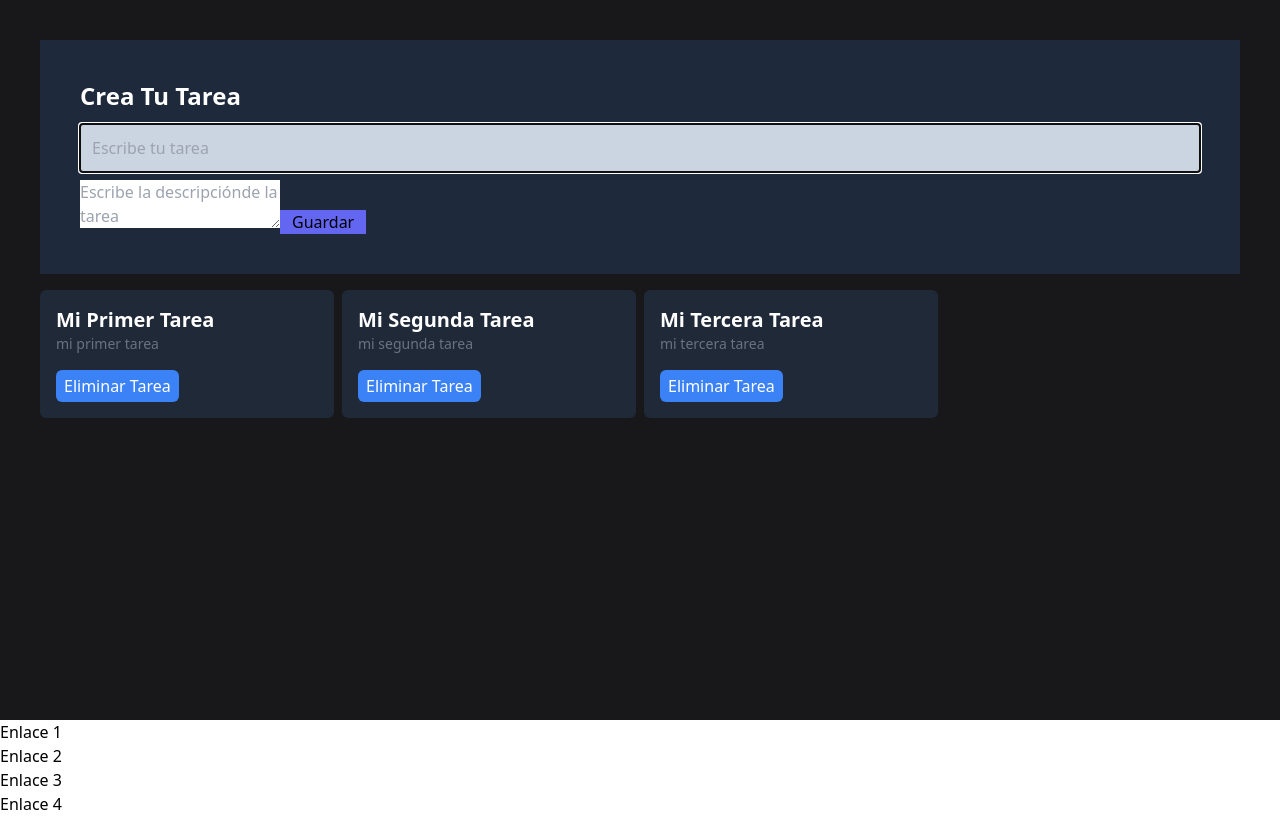
Repository: Ciromontes/AgendaTuTarea
Page: /
An editor plug-in stored every save of this project. The page is shown before and after the next save, followed by the edit.
The browser window is 1280 px wide. The pictures show the whole page.
The project was rebuilt for these pictures with package versions that can differ from the ones it lists, and the page was loaded fresh each time. Also part of the build but not shown: vite.config.js.

Above is the page before, as saved 2023-09-19 08:27:49.

### index.html
<!doctype html>
<html lang="en">
  <head>
    <meta charset="UTF-8" />
    <link rel="icon" type="image/svg+xml" href="/vite.svg" />
    <meta name="viewport" content="width=device-width, initial-scale=1.0" />
    <title>Vite + React</title>
  </head>
  <body>
    <div id="root"></div>

    <ul>
      <li><a href="">Enlace 1</a></li>
      <li><a href="">Enlace 2</a></li>
      <li><a href="">Enlace 3</a></li>
      <li><a href="">Enlace 4</a></li>
    </ul>
    <script type="module" src="/src/main.jsx"></script>
  </body>
</html>

### src/main.jsx
import React from 'react';
import ReactDOM from 'react-dom/client';
import App from './App';
import './index.css'
import { TaskContextProvider } from './context/TaskContext';

ReactDOM.createRoot(document.getElementById('root')).render(
  <React.StrictMode>
    <TaskContextProvider>
    <App />
    </TaskContextProvider>
  </React.StrictMode>
);

### src/App.jsx

import TaskList from './components/TaskList'
import TaskForm from './components/TaskForm'
function App() {
  return (

    <main className=' bg-zinc-900 h-screen'>
      <div className='container mx-auto p-10'>
      <TaskForm/>
      <TaskList />
      </div>
    </main>

  )
}

export default App;

### src/context/TaskContext.jsx
import { createContext, useState, useEffect } from 'react'
import { tasks as data } from '../data/tasks'

export const TaskContext = createContext()
export function TaskContextProvider(props) {
    const [tasks, setTasks] = useState([]);

    function createTask(task) {
        setTasks([...tasks, {
            title: task.title,
            id: tasks.length,
            description: task.description
        }])
    }
    function deleteTask(taskId) {
        setTasks(tasks.filter(task => task.id !== taskId));
    }
    useEffect(() => {
        setTasks(data)
    }, []);

    return (
        <TaskContext.Provider value={{
            tasks,
            deleteTask,
            createTask
        }}>
            {props.children}
        </TaskContext.Provider>

    );
}

### src/components/TaskList.jsx
import TaskCard from "./TaskCard";
import { useContext } from "react";
import { TaskContext } from '../context/TaskContext';
function TaskList() {
  const { tasks } = useContext(TaskContext);


  if (tasks.length === 0) {
    return (<h1 className="text-white text text-4xl font-bold text-center">Noy hay tareas aún</h1>

    )
  }


  return (
    <div className="grid grid-cols-4 gap-2">
      {tasks.map((task) => (
        <TaskCard key={task.id} task={task} />
      ))}

    </div>
  );
}

export default TaskList

### src/components/TaskForm.jsx
import { useState, useContext } from "react";
import {TaskContext} from '../context/TaskContext'

function TaskForm() {

    const [title, setTitle] = useState("");
    const [description, setDescription] = useState("");
    const {createTask} = useContext(TaskContext)

    const handleSubmit = (e) => {
        e.preventDefault();
        createTask({
            title,
            description,
        });
        setTitle('')
        setDescription('')

    }

    return (
        <div className="max-w-md-auto">
            <form onSubmit={handleSubmit} className="bg-slate-800 p-10 mb-4">
                <h1 className="text-2xl font-bold text-white mb-3">Crea Tu Tarea</h1>
            <input
                placeholder="Escribe tu tarea"
                onChange={(e) => setTitle(e.target.value)}
                value = {title}
                className="bg-slate-300 p-3 w-full mb-2"
                autoFocus
            />
            <textarea placeholder="Escribe la descripciónde la tarea"
                onChange={(e) => setDescription(e.target.value)}
                value = {description}

            ></textarea>

            <button
            className="bg-indigo-500 px-3 p">
                Guardar
            </button>
        </form>
        </div>
    );
}

export default TaskForm;

### src/data/tasks.js
export const tasks = [
    {
        id: 0,
        title: 'mi primer tarea',
        description: "mi primer tarea",

    },
    {
        id: 1,
        title: 'mi segunda tarea',
        description: "mi segunda tarea",

    }, {
        id: 2,
        title: 'mi tercera tarea',
        description: "mi tercera tarea",

    }
];

### src/components/TaskCard.jsx
import { useContext } from 'react';
import { TaskContext } from '../context/TaskContext';
function TaskCard({ task }) {
    const { deleteTask } = useContext(TaskContext);
    return (

        <div className='bg-gray-800 text-white p-4 rounded-md'>
            <h1 className='text-xl font-bold capitalize'>{task.title}</h1>
            <p className='text-gray-500 text-sm'>{task.description}</p>
            <button
            className='bg-blue-500 px-2 py-1 rounded-md mt-4 hover:bg-red-400'

            onClick={() => deleteTask(task.id)}>
                Eliminar Tarea
            </button>
        </div>

    );
}

export default TaskCard;

Loaded but not shown: src/index.css (common file); tailwind.config.js (common file)

After the next save:
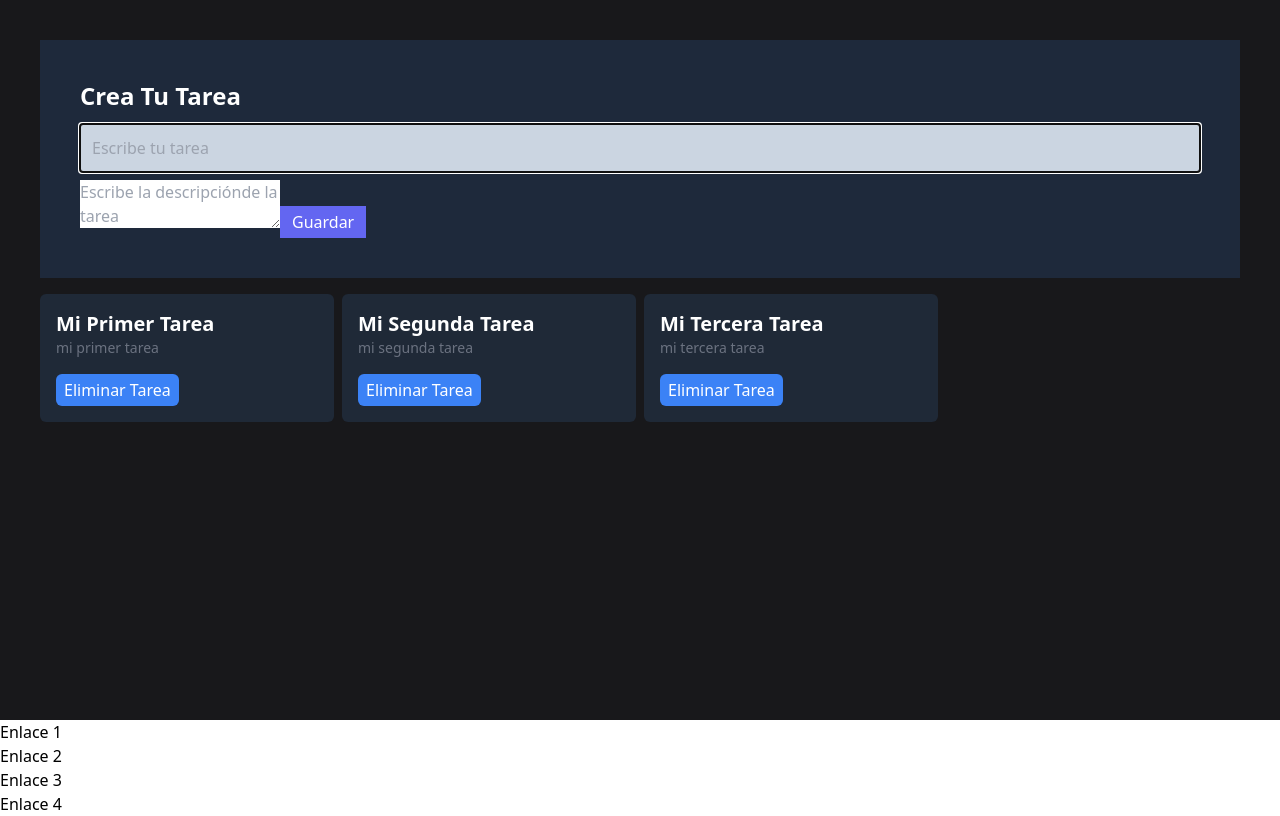
Saved 51 s later.
--- a/src/components/TaskForm.jsx
+++ b/src/components/TaskForm.jsx
@@ -36,7 +36,7 @@ function TaskForm() {
             ></textarea>
 
             <button
-            className="bg-indigo-500 px-3 p">
+            className="bg-indigo-500 px-3 py-1 text-white">
                 Guardar
             </button>
         </form>
